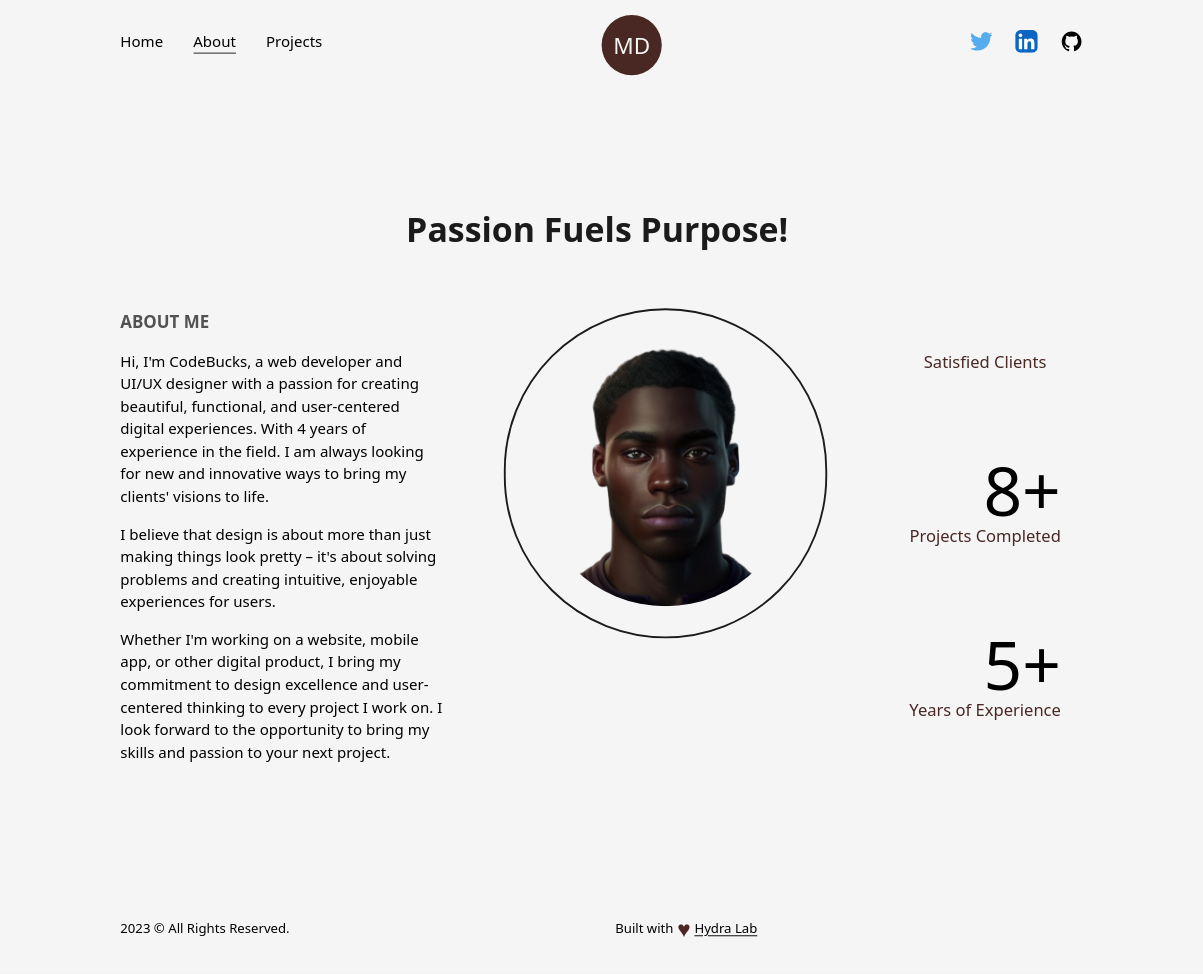
Repository: marcusdashe/situs
Page: /about
These files come from the project's save history. The page is drawn as it stood at one moment and after the next save; the edit follows.
The browser window is 1280 px wide. The pictures show the whole page, at 94% of full size.
The project was rebuilt for these pictures with package versions that can differ from the ones it lists, and the page was loaded fresh each time. The framework's server and built-in components were replaced by stand-ins that run in the browser.

Above is the page before, as saved 2023-06-29 14:45:31.

### src/pages/_app.js
import Footer from "@/components/Footer";
import Navbar from "@/components/Navbar";
import "@/styles/globals.css";
import Head from "next/head";
// import { IBM_Plex_Sans } from "next/font/google";

// const ibm = IBM_Plex_Sans({
//   subsets: ["latin"],
//   variable: "--font-mont",
// });

export default function App({ Component, pageProps }) {
  return (
    <>
      <Head>
        <meta name="viewport" content="width=device-width, initial-scale=1" />
        <link rel="icon" href="/favicon.ico" />
      </Head>
      <main className={`  bg-light w-full min-h-screen`}>
        <Navbar />
        <Component {...pageProps} />
        <Footer />
      </main>
    </>
  );
}

### src/pages/about.js
import AnimatedText from "@/components/AnimatedText";
import Layout from "@/components/Layout";
import Head from "next/head";
import React, { useEffect, useRef } from "react";
import Image from "next/image";

import profilePic from "../../public/images/profile/developer-pic-3.png";
import { useInView, useMotionValue, useSpring } from "framer-motion";

const AnimatedNumber = ({ value }) => {
  const ref = useRef(null);
  const motionValue = useMotionValue(0);
  const springValue = useSpring(motionValue, {
    duration: 3000,
  });
  const isInview = useInView(ref);

  useEffect(() => {
    if (isInview) {
      motionValue.set(value);
    }
  }, [isInview, value, motionValue]);

  useEffect(() => {
    springValue.on("change", (latest) => {
      console.log(latest);
    });
  }, [springValue, value]);

  return <span ref={ref}></span>;
};
const About = () => {
  return (
    <>
      <Head>
        <title> Marcus Dashe | About Page</title>
        <meta name="description" content="About Marcus Dashe" />
      </Head>

      <main className="flex w-full flex-col items-center justify-center">
        <Layout className="pt-15">
          <AnimatedText text="Passion Fuels Purpose!" className="mb-14" />
          <div className="grid w-full grid-cols-8 gap-16">
            <div className="col-span-3 flex flex-col items-start justify-start ">
              <h2 className="mb-4 text-lg font-bold uppercase text-dark/75">
                About Me
              </h2>
              <p className="font-medium">
                Hi, I'm CodeBucks, a web developer and UI/UX designer with a
                passion for creating beautiful, functional, and user-centered
                digital experiences. With 4 years of experience in the field. I
                am always looking for new and innovative ways to bring my
                clients' visions to life.
              </p>
              <p className="font-medium my-4">
                I believe that design is about more than just making things look
                pretty – it's about solving problems and creating intuitive,
                enjoyable experiences for users.
              </p>
              <p className="font-medium ">
                Whether I'm working on a website, mobile app, or other digital
                product, I bring my commitment to design excellence and
                user-centered thinking to every project I work on. I look
                forward to the opportunity to bring my skills and passion to
                your next project.
              </p>
            </div>

            <div className="col-span-3 relative h-max rounded-full border-2 border-solid border-dark bg-light p-8">
              {/* <div className="absolute top-0 -right-3 -z-10 w-[102%] h-[103%] rounded-2xl bg-dark" /> */}
              <Image
                src={profilePic}
                alt="MarcusDashe"
                className="w-full h-auto rounded-full"
              />
            </div>

            <div className="col-span-2 flex flex-col items-center justify-around">
              <div className="flex flex-col items-end justify-center">
                <span className="inline-block text-7xl">
                  <AnimatedNumber value={12} />
                </span>
                <h2 className="text-[1.1rem] font-medium text-primaryDark">
                  Satisfied Clients
                </h2>
              </div>

              <div className="flex flex-col items-end justify-center">
                <span className="inline-block text-7xl">8+</span>
                <h2 className="text-[1.1rem] font-medium text-primaryDark">
                  Projects Completed
                </h2>
              </div>
              <div className="flex flex-col items-end justify-center">
                <span className="inline-block text-7xl">5+</span>
                <h2 className="text-[1.1rem] font-medium text-primaryDark">
                  Years of Experience
                </h2>
              </div>
            </div>
          </div>
        </Layout>
      </main>
    </>
  );
};

export default About;

### src/components/Footer.jsx
import React from "react";
import Layout from "./Layout";
import Link from "next/link";

const Footer = () => {
  return (
    <footer className="w-full border-t-1 border-solid border-primaryDark font-medium text-sm ">
      <Layout className="py-8 flex items-center justify-between">
        <span>{new Date().getFullYear()} &copy; All Rights Reserved.</span>
        <div className="flex items-center">
          Built with{" "}
          <span className="text-primaryDark text-2xl px-1">&hearts;</span>
          <Link href="/" className="underline underline-offset-2">
            Hydra Lab
          </Link>
        </div>
        <Link href="/"></Link>
      </Layout>
    </footer>
  );
};

export default Footer;

### src/components/Navbar.jsx
import React from "react";
import { useRouter } from "next/router";
import Link from "next/link";
import Logo from "./Logo";
import { TwitterIcon, GithubIcon, LinkedInIcon } from "./Icons";
import { motion } from "framer-motion";

const CustomLink = ({ href, title, className = "" }) => {
  const router = useRouter();

  return (
    <Link href={href} className={`${className} relative group`}>
      {title}
      <span
        className={`h-[1px] inline-block bg-dark absolute left-0 -bottom-0.5 group-hover:w-full transition-[width] ease duration-300 ${
          router.asPath === href ? "w-full" : "w-0"
        }`}
      >
        &nbsp;
      </span>
    </Link>
  );
};

const Navbar = () => {
  return (
    <header
      className="w-full px-32 py-8 font-medium
            flex items-center justify-between"
    >
      <nav>
        <CustomLink href="/" title="Home" className="mr-4" />
        <CustomLink href="/about" title="About" className="mx-4" />
        <CustomLink href="/projects" title="Projects" className="mx-4" />
        {/* <CustomLink href="/articles" title="Articles" className="ml-4" /> */}
      </nav>

      <nav className="flex items-center justify-center flex-wrap">
        <motion.a
          href="https://www.twitter.com/marcusdashe"
          target={"_blank"}
          whileHover={{
            y: -2,
          }}
          whileTap={{ scale: 0.9 }}
          className="w-6 mx-3"
        >
          <TwitterIcon className="" />
        </motion.a>
        <motion.a
          href="https://www.linkedin.com/in/marcus-dashe-15a088202"
          target={"_blank"}
          whileHover={{
            y: -2,
          }}
          whileTap={{ scale: 0.9 }}
          className="w-6 mx-3"
        >
          <LinkedInIcon />
        </motion.a>
        <motion.a
          href="https://www.github.com/marcusdashe"
          target={"_blank"}
          whileHover={{
            y: -2,
          }}
          whileTap={{ scale: 0.9 }}
          className="w-6 ml-3"
        >
          <GithubIcon />
        </motion.a>
      </nav>
      <div className="absolute left-[50%] top-2 translate-x-[-50]">
        <Logo />
      </div>
    </header>
  );
};

export default Navbar;

### src/styles/globals.css
@import url("https://fonts.googleapis.com/css2?family=IBM+Plex+Sans:ital,wght@0,100;0,200;0,300;1,100;1,200&family=Inter:wght@300;400;500;600;700;800;900&display=swap");

@tailwind base;
@tailwind components;
@tailwind utilities;

### src/components/AnimatedText.jsx
import React from "react";
import { motion } from "framer-motion";

const quote = {
  initial: {
    opacity: 1,
  },
  animate: {
    opacity: 1,
    transition: {
      delay: 0.5,
      staggerChildren: 0.08,
    },
  },
};

const singleWord = {
  initial: {
    opacity: 0,
    y: 50,
  },
  animate: {
    opacity: 1,
    y: 0,
    transition: {
      duration: 1,
    },
  },
};

const AnimatedText = ({ text, className = "" }) => {
  return (
    <div className="w-full mx-auto py-2 flex items-center justify-center text-center overflow-hidden ">
      <motion.h1
        className={`inline-block w-full text-dark font-bold capitalize text-4xl ${className}`}
        variants={quote}
        initial="initial"
        animate="animate"
      >
        {text.split(" ").map((word, index) => (
          <motion.span
            key={index}
            className="inline-block"
            variants={singleWord}
          >
            {word}&nbsp;
          </motion.span>
        ))}
      </motion.h1>
    </div>
  );
};

export default AnimatedText;

### src/components/Layout.jsx
import React from "react";

const Layout = ({ children, className = "" }) => {
  return (
    <div className={`${className} w-full inline-block z-0 bg-light p-32`}>
      {children}
    </div>
  );
};

export default Layout;

### src/components/Logo.jsx
"use client";

import React from "react";
import Link from "next/link";
import { motion } from "framer-motion";

const MotionLink = motion(Link);

const Logo = () => {
  return (
    <div className="flex items-center justify-center mt-2">
      <MotionLink
        href="/"
        className="w-16 h-16 bg-primaryDark text-light flex items-center
        justify-center rounded-full text-2xl  hover
      "
        whileHover={{
          scale: 1.5,
          backgroundColor: [
            "#121212",
            "rgba(131,58,180,1)",
            "rgba(253,29,29,1)",
            "rgba(252,176,69,1)",
            "rgba(131,58,180,1)",
            "#121212",
          ],
          transition: {
            duration: 1,
            repeat: Infinity,
          },
        }}
      >
        MD
      </MotionLink>
    </div>
  );
};

export default Logo;

Loaded but not shown: tailwind.config.js (30 lines, source omitted); src/components/Icons.jsx (474 lines, source omitted)

After the next save:
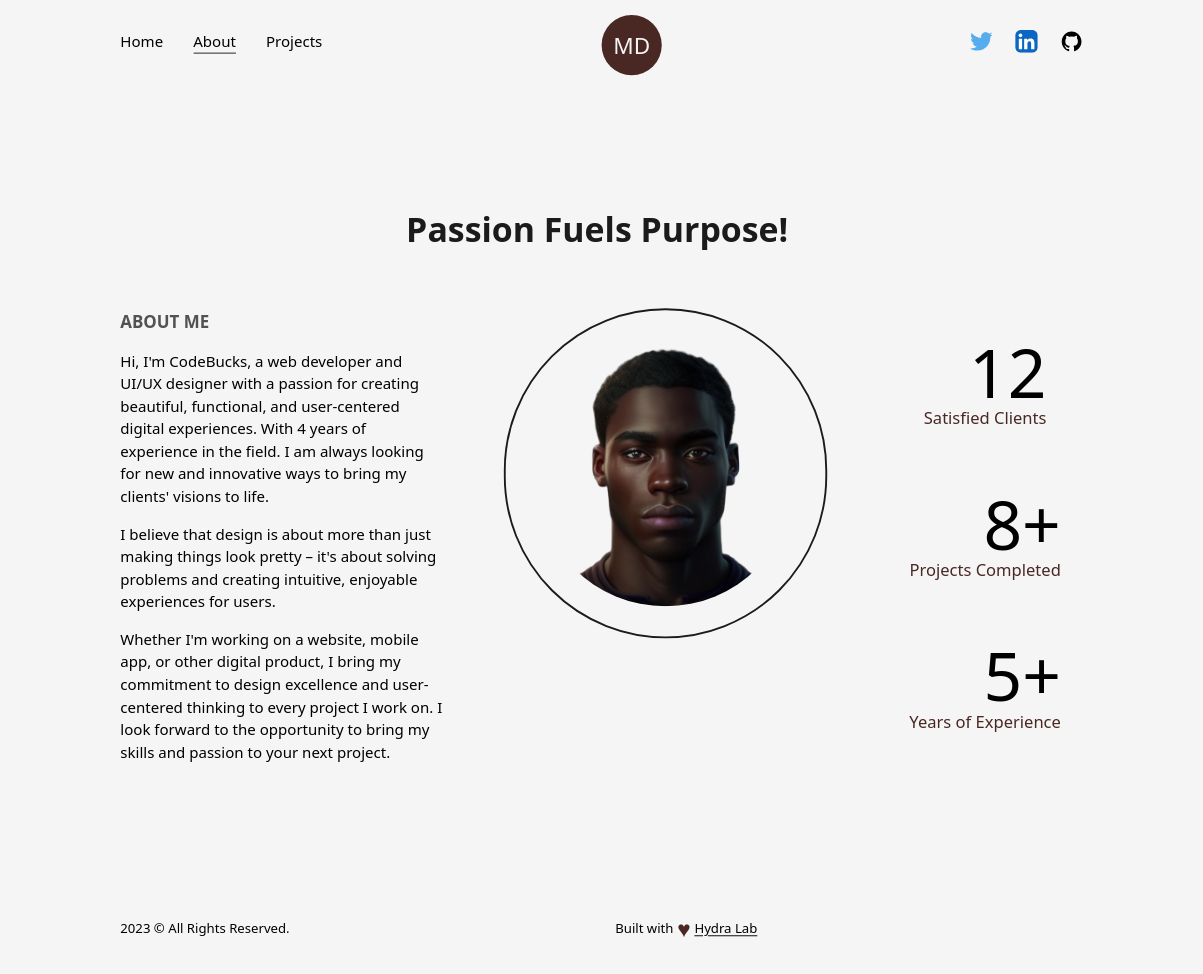
Saved 2 min 31 s later.
--- a/src/pages/about.js
+++ b/src/pages/about.js
@@ -23,7 +23,9 @@ const AnimatedNumber = ({ value }) => {
 
   useEffect(() => {
     springValue.on("change", (latest) => {
-      console.log(latest);
+      if (ref.current && latest.toFixed(0) <= value) {
+        ref.current.textContent = latest.toFixed(0);
+      }
     });
   }, [springValue, value]);
 
